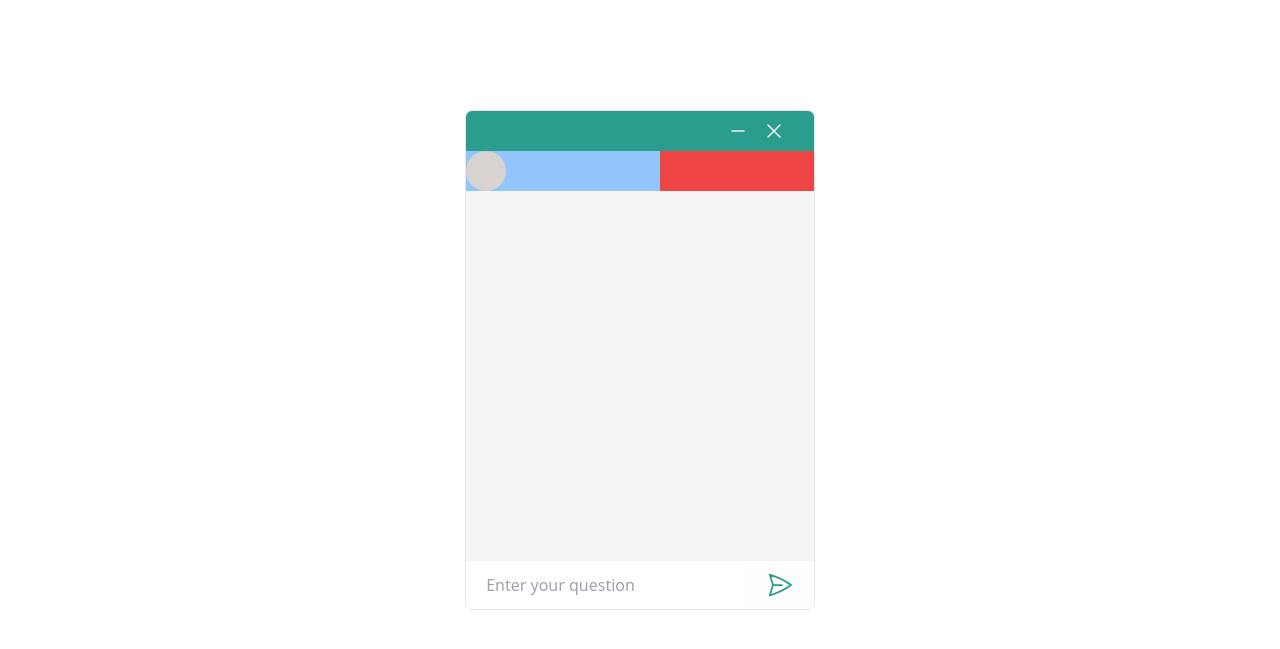
Repository: hsumyatm7308/Chatbot
Page: index.html
The author's editor kept a copy of each file at every save. The page is drawn from the files as they stood at one save, then again after the next save.
The browser window is 1280 px wide. The pictures show the whole page.
Some web libraries are served in a nearby version.

Above is the page before, as saved 2023-07-08 17:38:17.

After the next save:
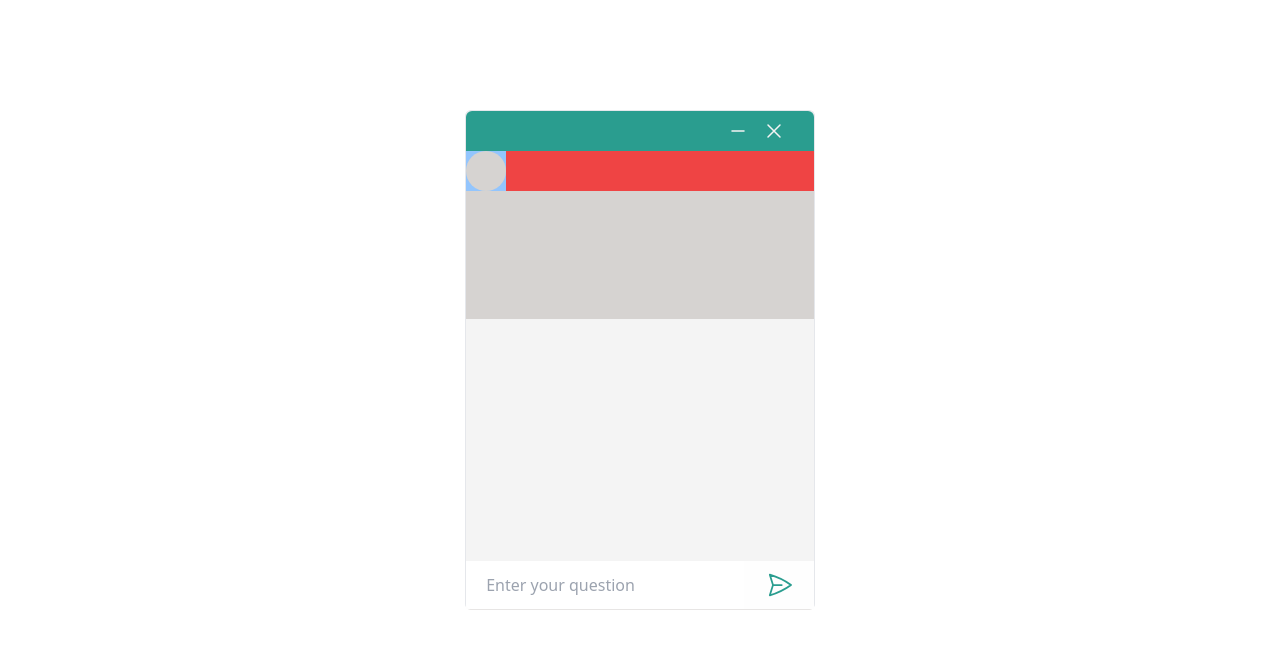
Saved 35 s later.
--- a/index.html
+++ b/index.html
@@ -32,7 +32,9 @@
                             </div>
                        </div>
                        <div class=" bg-blue-200 col-span-2">
+                            <div class="w-96 h-32 bg-stone-300">
 
+                            </div>
                        </div>
                  </div>
             </div>
